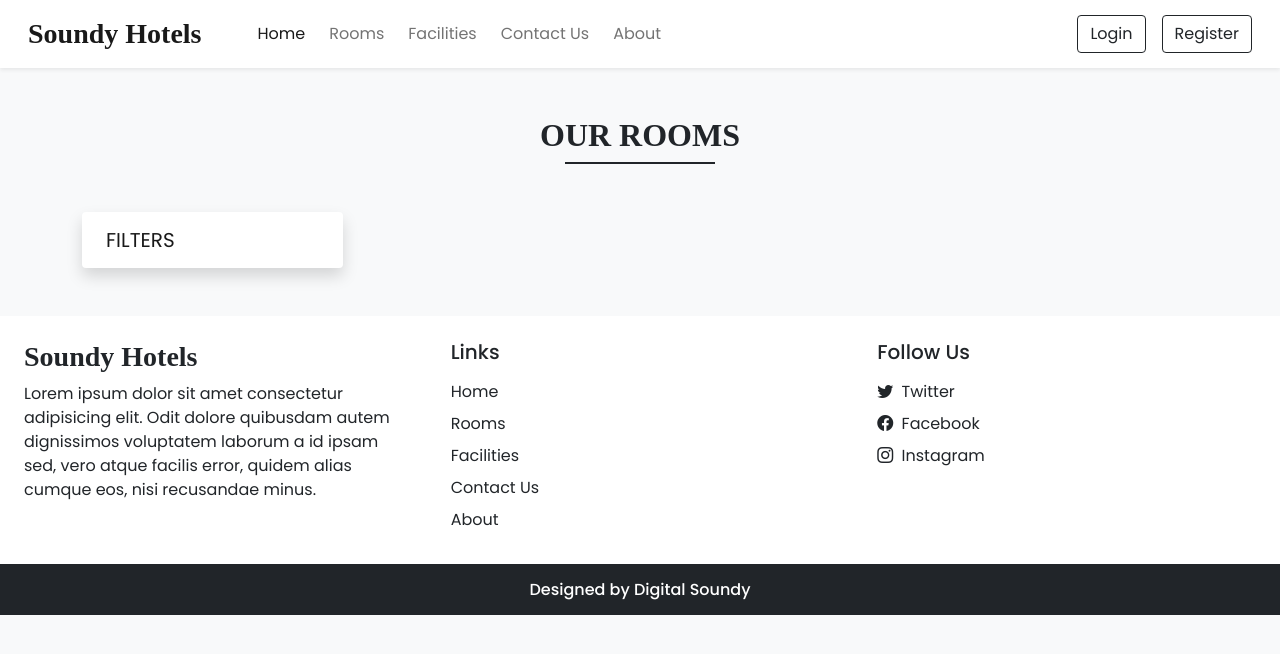
Repository: spencersoundy/Hotel-Booking-App
Page: http://localhost/rooms.php
The author's editor kept a copy of each file at every save. The page is drawn from the files as they stood at one save, then again after a run of saves.
The browser window is 1280 px wide. The pictures show the whole page.
Some web fonts or font styles are not loaded; a fallback is used. The page is run by PHP 8.4 with error messages shown; the project is at /var/www/html/.

Above is the page before, as saved 2023-08-05 00:31:28.

### rooms.php
<!DOCTYPE html>
<html lang="en">
<head>
    <meta charset="UTF-8">
    <meta http-equiv="X-UA-Compatible" content="IE=edge">
    <meta name="viewport" content="width=device-width, initial-scale=1.0">
    <title>Soundy Hotels - CONTACT</title>
    <?php require('inc/links.php') ?>
</head>
<body class="bg-light">

<?php require('inc/header.php') ?>

<div class="my-5 px-4">
    <h2 class="fw-bold h-font text-center">OUR ROOMS</h2>
    <div class="h-line bg-dark"></div>
</div>

<div class="container">
    <div class="row">

       <div class="col-lg-3">
        <nav class="navbar navbar-expand-lg navbar-light bg-white rounded shadow">
            <div class="container-fluid flex-lg-column align-items-stretch">
                <a class="navbar-brand" href="#">FILTERS</a>
                <button class="navbar-toggler" type="button" data-bs-toggle="collapse" data-bs-target="#navbarNav" aria-controls="navbarNav" aria-expanded="false" aria-label="Toggle navigation">
                <span class="navbar-toggler-icon"></span>
                </button>
                <div class="collapse navbar-collapse" id="navbarNav">

                </div>
            </div>
        </nav>
       </div>

    </div>
</div>

<?php require('inc/footer.php')?>

</body>
</html>

### inc/links.php
<link href="https://cdn.jsdelivr.net/npm/bootstrap@5.0.2/dist/css/bootstrap.min.css" rel="stylesheet" integrity="sha384-EVSTQN3/azprG1Anm3QDgpJLIm9Nao0Yz1ztcQTwFspd3yD65VohhpuuCOmLASjC" crossorigin="anonymous">
<link href="https://fonts.googleapis.com/css2?family=Merienda:wght@400;700&family=Poppins:wght@400;500;600&display=swap" rel="stylesheet">
<link rel="stylesheet" href="https://cdn.jsdelivr.net/npm/bootstrap-icons@1.10.5/font/bootstrap-icons.css">
<link rel="stylesheet" href="css/common.css"/>

### inc/header.php
<nav class="navbar navbar-expand-lg navbar-light bg-white px-lg-3 py-lg-2 shadow-sm sticky-top">
    <div class="container-fluid">
        <a class="navbar-brand me-5 fw-bold fs-3 h-font" href="index.php">Soundy Hotels</a>
        <button class="navbar-toggler shadow-none" type="button" data-bs-toggle="collapse" data-bs-target="#navbarSupportedContent" aria-controls="navbarSupportedContent" aria-expanded="false" aria-label="Toggle navigation">
        <span class="navbar-toggler-icon"></span>
        </button>
        <div class="collapse navbar-collapse" id="navbarSupportedContent">
        <ul class="navbar-nav me-auto mb-2 mb-lg-0">
            <li class="nav-item">
            <a class="nav-link active me-2" aria-current="page" href="index.php">Home</a>
            </li>
            <li class="nav-item">
            <a class="nav-link me-2" href="rooms.php">Rooms</a>
            </li>
            <li class="nav-item">
            <a class="nav-link me-2" href="facilities.php">Facilities</a>
            </li><li class="nav-item">
            <a class="nav-link me-2" href="contact.php">Contact Us</a>
            </li><li class="nav-item">
            <a class="nav-link" href="about.php">About</a>
            </li>
        </ul>
        <div class="d-flex">
            <button type="button" class="btn btn-outline-dark shadow-none me-lg-3 me-2" data-bs-toggle="modal" data-bs-target="#loginModal">
                Login
            </button>
            <button type="button" class="btn btn-outline-dark shadow-none" data-bs-toggle="modal" data-bs-target="#registerModal">
                Register
            </button>
        </div>
        </div>
    </div>
    </nav>

    <div class="modal fade" id="loginModal" data-bs-backdrop="static" data-bs-keyboard="false" tabindex="-1" aria-labelledby="staticBackdropLabel" aria-hidden="true">
        <div class="modal-dialog">
            <div class="modal-content">
                <form>
                    <div class="modal-header">
                        <h5 class="modal-title d-flex align-items-center">
                            <i class="bi bi-person-circle fs-3 me-2"></i> User Login
                        </h5>
                        <button type="reset" class="btn-close shadow-none" data-bs-dismiss="modal" aria-label="Close"></button>
                    </div>
                    <div class="modal-body">
                    <div class="mb-3">
                        <label class="form-label">Email address</label>
                        <input type="email" class="form-control shadow-none">
                    </div>
                    <div class="mb-4">
                        <label class="form-label">Password</label>
                        <input type="password" class="form-control shadow-none">
                    </div>
                        <div class="d-flex align-items-center justify-content-between mb-2">
                            <button type="submit" class="btn btn-dark shadow-none">LOGIN</button>
                            <a href="javascript: void(0)" class="text-secondary text-decoration-none">Forgot Password?</a>
                        </div>
                    </div>
                </form>
            </div>
        </div>
    </div>

    <div class="modal fade" id="registerModal" data-bs-backdrop="static" data-bs-keyboard="false" tabindex="-1" aria-labelledby="staticBackdropLabel" aria-hidden="true">
        <div class="modal-dialog modal-lg">
            <div class="modal-content">
                <form>
            <div class="modal-header">
                <h5 class="modal-title d-fle align-items-center">
                    <i class="bi bi-person-lines-fill fs-3 me-2"></i> User Registration
                </h5>
                <button type="reset" class="btn-close shadow-none" data-bs-dismiss="modal" aria-label="Close"></button>
            </div>
            <div class="modal-body">
                <span class="badge rounded-pill bg-light text-dark mb-3 text-wrap lh-base">
                    Note: Your details must match with your ID (ID book/card, passport, drivers license, etc.)
                    that will be required during check-in.
                </span>
                <div class="container-fluid">
                    <div class="row">
                        <div class="col-md-6 ps-0 mb-3">
                            <label class="form-label">Name</label>
                            <input type="text" class="form-control shadow-none">
                        </div>
                        <div class="col-md-6 p-0 mb-3">
                            <label class="form-label">Email</label>
                            <input type="email" class="form-control shadow-none">
                        </div>
                        <div class="col-md-6 ps-0 mb-3">
                            <label class="form-label">Phone Number</label>
                            <input type="number" class="form-control shadow-none">
                        </div>
                        <div class="col-md-6 p-0 mb-3">
                            <label class="form-label">Picture</label>
                            <input type="file" class="form-control shadow-none">
                        </div>
                        <div class="col-md-12 p-0 mb-3">
                            <label class="form-label">Address</label>
                            <textarea class="form-control shadow-none" rows="1"></textarea>
                        </div>
                        <div class="col-md-6 ps-0 mb-3">
                            <label class="form-label">Pincode</label>
                            <input type="number" class="form-control shadow-none">
                        </div>
                        <div class="col-md-6 p-0 mb-3">
                            <label class="form-label">Date of birth</label>
                            <input type="date" class="form-control shadow-none">
                        </div>
                        <div class="col-md-6 ps-0 mb-3">
                            <label class="form-label">Password</label>
                            <input type="password" class="form-control shadow-none">
                        </div>
                        <div class="col-md-6 p-0 mb-3">
                            <label class="form-label">Confirm Password</label>
                            <input type="password" class="form-control shadow-none">
                        </div>
                    </div>
                </div>
                <div class="text-center my-1">
                    <button type="submit" class="btn btn-dark shadow-none">REGISTER</button>
                </div>
            </div>
            </form>
            </div>
  </div>
</div>

### inc/footer.php
<div class="container-fluid bg-white mt-5">

        <div class="row">
            <div class="col-lg-4 p-4">
                <h3 class="h-font fw-bold fs-3 mb-2">Soundy Hotels</h3>
                <p>
                    Lorem ipsum dolor sit amet consectetur adipisicing elit.
                    Odit dolore quibusdam autem dignissimos voluptatem laborum a id ipsam sed,
                    vero atque facilis error, quidem alias cumque eos, nisi recusandae minus.
                </p>
            </div>
            <div class="col-lg-4 p-4">
                <h5 class="mb-3">Links</h5>
                <a href="#" class="d-inline-block mb-2 text-dark text-decoration-none">Home</a><br>
                <a href="#" class="d-inline-block mb-2 text-dark text-decoration-none">Rooms</a><br>
                <a href="#" class="d-inline-block mb-2 text-dark text-decoration-none">Facilities</a><br>
                <a href="#" class="d-inline-block mb-2 text-dark text-decoration-none">Contact Us</a><br>
                <a href="#" class="d-inline-block mb-2 text-dark text-decoration-none">About</a>
            </div>
            <div class="col-lg-4 p-4">
                <h5 class="mb-3">Follow Us</h5>
                <a href="#" class="d-inline-block text-dark text-decoration-none mb-2">
                    <i class="bi bi-twitter me-1"></i> Twitter
                </a><br>
                <a href="#" class="d-inline-block text-dark text-decoration-none mb-2">
                    <i class="bi bi-facebook me-1"></i> Facebook
                </a><br>
                <a href="#" class="d-inline-block text-dark text-decoration-none">
                    <i class="bi bi-instagram me-1"></i> Instagram
                </a><br>
            </div>
        </div>
    </div>
</div>

    <h6 class="text-center bg-dark text-white p-3 m-0">Designed by Digital Soundy</h6>

    <script src="https://cdn.jsdelivr.net/npm/bootstrap@5.0.2/dist/js/bootstrap.bundle.min.js" integrity="sha384-MrcW6ZMFYlzcLA8Nl+NtUVF0sA7MsXsP1UyJoMp4YLEuNSfAP+JcXn/tWtIaxVXM" crossorigin="anonymous"></script>

### css/common.css
:root{
    --teal: #2ec1ac;
    --teal_hover: #279e8c;
}

*{
    font-family: 'Poppins', sans-serif;
}
.h-font{
    font-family: 'Merienda', cursive;
}

input::-webkit-outer-spin-button,
input::-webkit-inner-spin-button {
-webkit-appearance: none;
margin: 0;
}

input[type=number] {
-moz-appearance: textfield;
}

.custom-bg{
    background-color: var(--teal);
    border: 1px solid var(--teal);
}
.custom-bg:hover{
    background-color: var(--teal_hover);
    border-color: var(--teal_hover);
}

.h-line{
    width: 150px;
    margin: 0 auto;
    height: 1.7px;
}

After the next 3 saves:
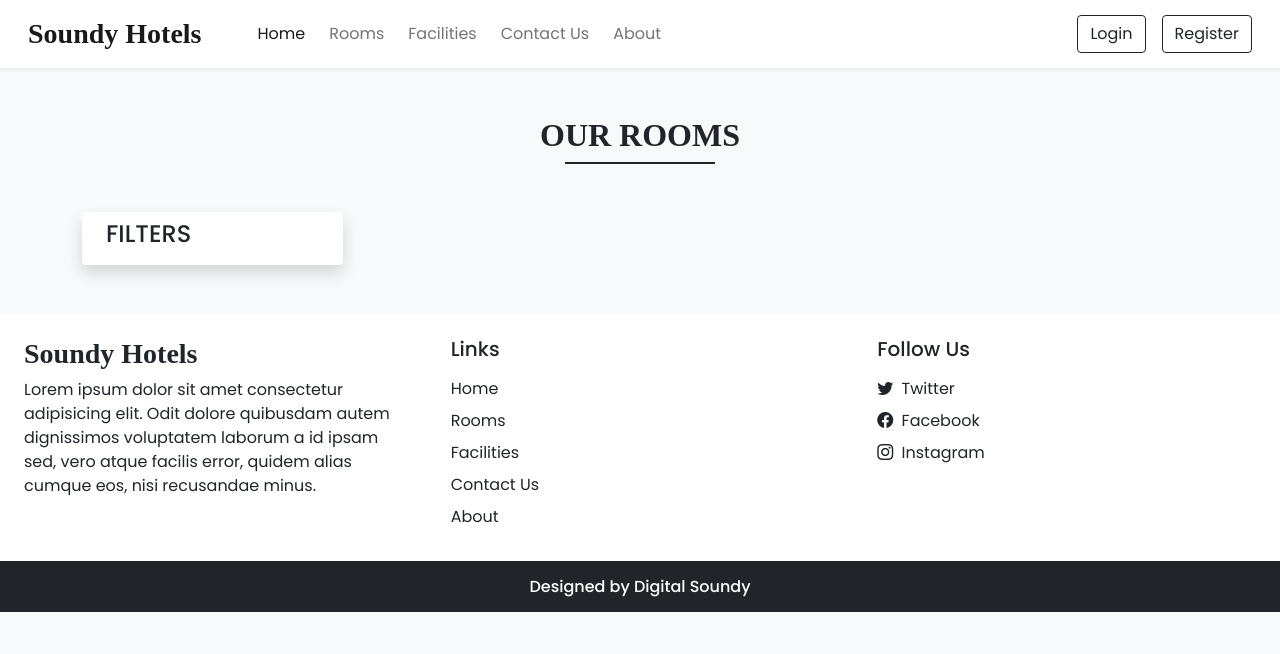
The 3 saves are shown as one change because they came seconds apart.
The last was saved 21 s later.
--- a/rooms.php
+++ b/rooms.php
@@ -22,7 +22,7 @@
        <div class="col-lg-3">
         <nav class="navbar navbar-expand-lg navbar-light bg-white rounded shadow">
             <div class="container-fluid flex-lg-column align-items-stretch">
-                <a class="navbar-brand" href="#">FILTERS</a>
+                <h4>FILTERS</h4>
                 <button class="navbar-toggler" type="button" data-bs-toggle="collapse" data-bs-target="#navbarNav" aria-controls="navbarNav" aria-expanded="false" aria-label="Toggle navigation">
                 <span class="navbar-toggler-icon"></span>
                 </button>
